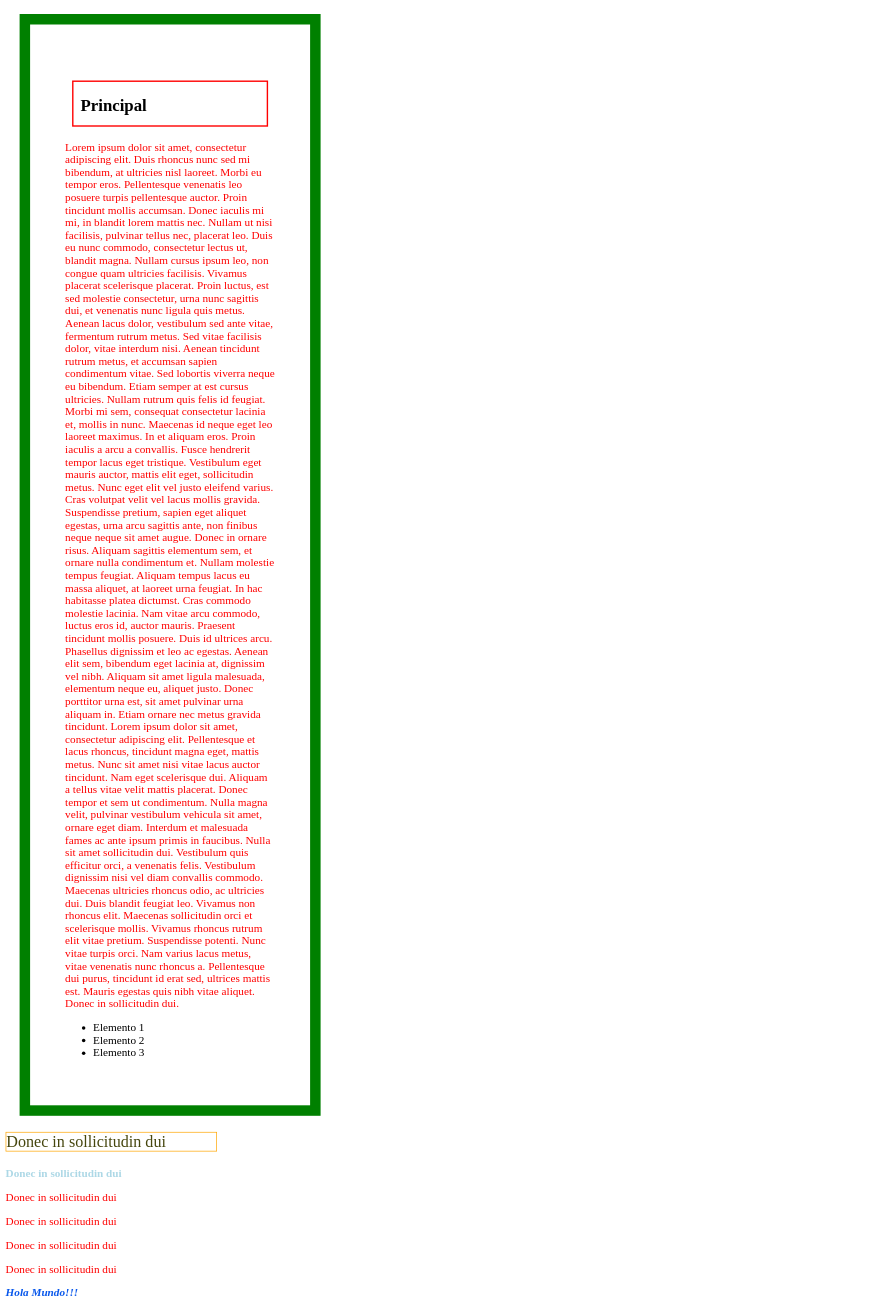
Repository: PabloSebastianPorto/Entrega-CV-1-ARG-PROG
Page: css.html
The author's editor kept a copy of each file at every save. The page is drawn from the files as they stood at one save, then again after the next save.
The browser window is 1280 px wide. The pictures show the whole page, at 70% of full size.
Some web fonts or font styles are not loaded; a fallback is used.

Above is the page before, as saved 2023-01-18 10:39:40.

### css.html
<!DOCTYPE html>
<html lang="es">
  <head>
    <meta charset="UTF-8" />
    <meta http-equiv="X-UA-Compatible" content="IE=edge" />
    <meta name="viewport" content="width=device-width, initial-scale=1.0" />
    <title>CSS Ejemplo</title>
    <link rel="stylesheet" href="css/Styles.css" />
  </head>
  <body>
    <section>
      <h1>Principal</h1>
      <p>
        Lorem ipsum dolor sit amet, consectetur adipiscing elit. Duis rhoncus
        nunc sed mi bibendum, at ultricies nisl laoreet. Morbi eu tempor eros.
        Pellentesque venenatis leo posuere turpis pellentesque auctor. Proin
        tincidunt mollis accumsan. Donec iaculis mi mi, in blandit lorem mattis
        nec. Nullam ut nisi facilisis, pulvinar tellus nec, placerat leo. Duis
        eu nunc commodo, consectetur lectus ut, blandit magna. Nullam cursus
        ipsum leo, non congue quam ultricies facilisis. Vivamus placerat
        scelerisque placerat. Proin luctus, est sed molestie consectetur, urna
        nunc sagittis dui, et venenatis nunc ligula quis metus. Aenean lacus
        dolor, vestibulum sed ante vitae, fermentum rutrum metus. Sed vitae
        facilisis dolor, vitae interdum nisi. Aenean tincidunt rutrum metus, et
        accumsan sapien condimentum vitae. Sed lobortis viverra neque eu
        bibendum. Etiam semper at est cursus ultricies. Nullam rutrum quis felis
        id feugiat. Morbi mi sem, consequat consectetur lacinia et, mollis in
        nunc. Maecenas id neque eget leo laoreet maximus. In et aliquam eros.
        Proin iaculis a arcu a convallis. Fusce hendrerit tempor lacus eget
        tristique. Vestibulum eget mauris auctor, mattis elit eget, sollicitudin
        metus. Nunc eget elit vel justo eleifend varius. Cras volutpat velit vel
        lacus mollis gravida. Suspendisse pretium, sapien eget aliquet egestas,
        urna arcu sagittis ante, non finibus neque neque sit amet augue. Donec
        in ornare risus. Aliquam sagittis elementum sem, et ornare nulla
        condimentum et. Nullam molestie tempus feugiat. Aliquam tempus lacus eu
        massa aliquet, at laoreet urna feugiat. In hac habitasse platea
        dictumst. Cras commodo molestie lacinia. Nam vitae arcu commodo, luctus
        eros id, auctor mauris. Praesent tincidunt mollis posuere. Duis id
        ultrices arcu. Phasellus dignissim et leo ac egestas. Aenean elit sem,
        bibendum eget lacinia at, dignissim vel nibh. Aliquam sit amet ligula
        malesuada, elementum neque eu, aliquet justo. Donec porttitor urna est,
        sit amet pulvinar urna aliquam in. Etiam ornare nec metus gravida
        tincidunt. Lorem ipsum dolor sit amet, consectetur adipiscing elit.
        Pellentesque et lacus rhoncus, tincidunt magna eget, mattis metus. Nunc
        sit amet nisi vitae lacus auctor tincidunt. Nam eget scelerisque dui.
        Aliquam a tellus vitae velit mattis placerat. Donec tempor et sem ut
        condimentum. Nulla magna velit, pulvinar vestibulum vehicula sit amet,
        ornare eget diam. Interdum et malesuada fames ac ante ipsum primis in
        faucibus. Nulla sit amet sollicitudin dui. Vestibulum quis efficitur
        orci, a venenatis felis. Vestibulum dignissim nisi vel diam convallis
        commodo. Maecenas ultricies rhoncus odio, ac ultricies dui. Duis blandit
        feugiat leo. Vivamus non rhoncus elit. Maecenas sollicitudin orci et
        scelerisque mollis. Vivamus rhoncus rutrum elit vitae pretium.
        Suspendisse potenti. Nunc vitae turpis orci. Nam varius lacus metus,
        vitae venenatis nunc rhoncus a. Pellentesque dui purus, tincidunt id
        erat sed, ultrices mattis est. Mauris egestas quis nibh vitae aliquet.
        Donec in sollicitudin dui.
      </p>
      <ul>
        <li>Elemento 1</li>
        <li>Elemento 2</li>
        <li>Elemento 3</li>
      </ul>
    </section>
    <p id="mi_parrafo">Donec in sollicitudin dui</p>
    <p class="estaesmiclase">Donec in sollicitudin dui</p>
    <p>Donec in sollicitudin dui</p>
    <p>Donec in sollicitudin dui</p>
    <p>Donec in sollicitudin dui</p>
    <p>Donec in sollicitudin dui</p>

    <span class="clase2">Hola Mundo!!!</span>
  </body>
</html>

### CSS/Styles.css
p {
  color: red;
  width: 300px;
}
/**
Esto es un comentario dentro de un documento de CSS
*/

h1 {
  border: 2px solid red;
  padding: 5px;
  margin-top: 30px;
  margin-bottom: 20px;
  margin-left: 10px;
  margin-right: 10px;
  padding-top: 20px;
  padding-bottom: 15px;
  padding-left: 10px;
  padding-right: 10px;
}

section {
  width: 300px;
  border: 15px solid green;
  padding: 50px;
  margin: 20px;
}

#mi_parrafo {
  color: rgb(70, 70, 14);
  font-size: 23px;
  border: 1px solid orange;
}
.estaesmiclase {
  font-weight: bold;
  color: lightblue;
}
.clase2 {
  font-weight: bolder;
  color: rgb(8, 87, 235);
  font-style: oblique;
}

After the next save:
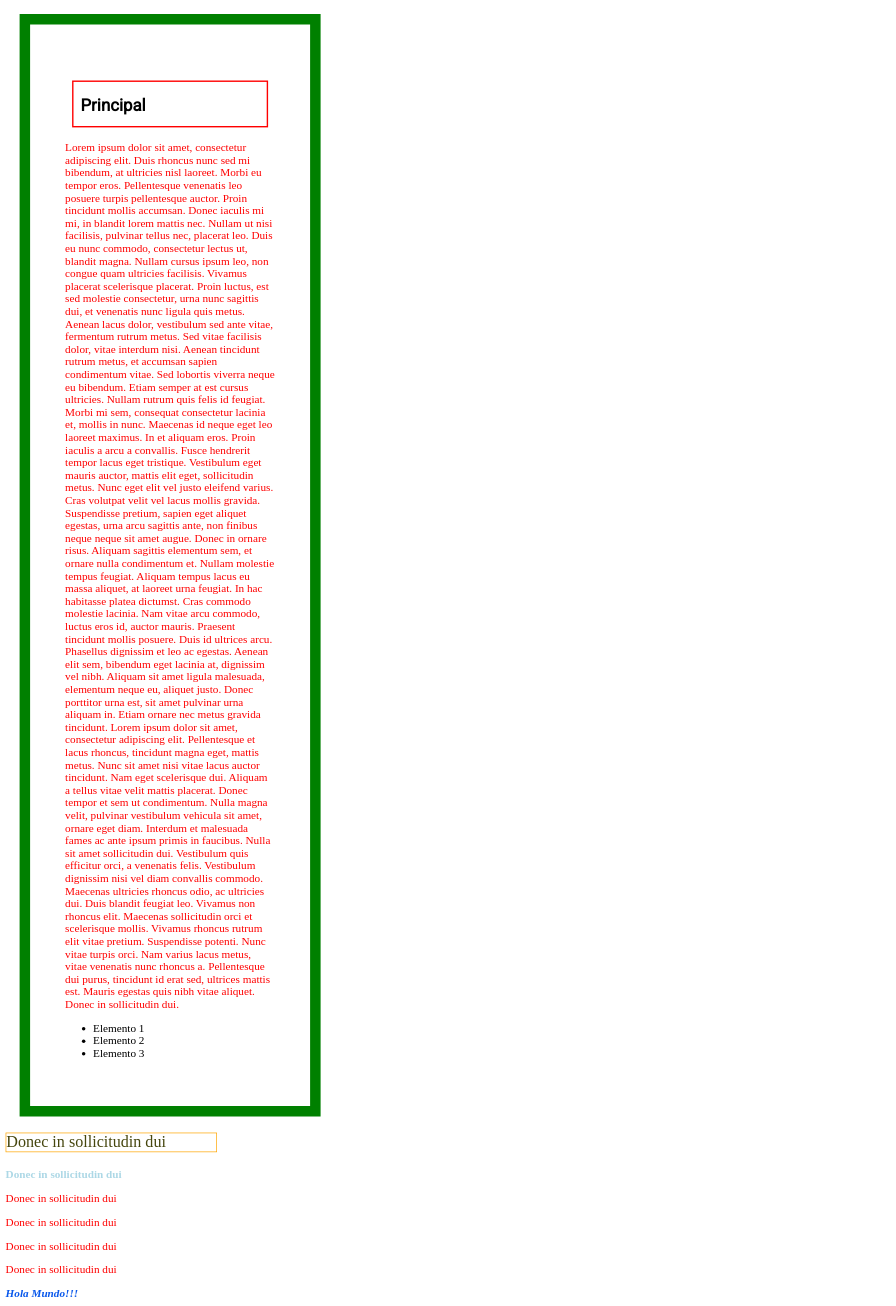
Saved 41 min 54 s later.
--- a/css.html
+++ b/css.html
@@ -6,6 +6,12 @@
     <meta name="viewport" content="width=device-width, initial-scale=1.0" />
     <title>CSS Ejemplo</title>
     <link rel="stylesheet" href="css/Styles.css" />
+    <link rel="preconnect" href="https://fonts.googleapis.com" />
+    <link rel="preconnect" href="https://fonts.gstatic.com" crossorigin />
+    <link
+      href="https://fonts.googleapis.com/css2?family=Bungee+Spice&family=Roboto&display=swap"
+      rel="stylesheet"
+    />
   </head>
   <body>
     <section>
--- a/CSS/Styles.css
+++ b/CSS/Styles.css
@@ -7,6 +7,8 @@
 */
 
 h1 {
+  font-family: "Bungee Spice", cursive;
+  font-family: "Roboto", sans-serif;
   border: 2px solid red;
   padding: 5px;
   margin-top: 30px;
